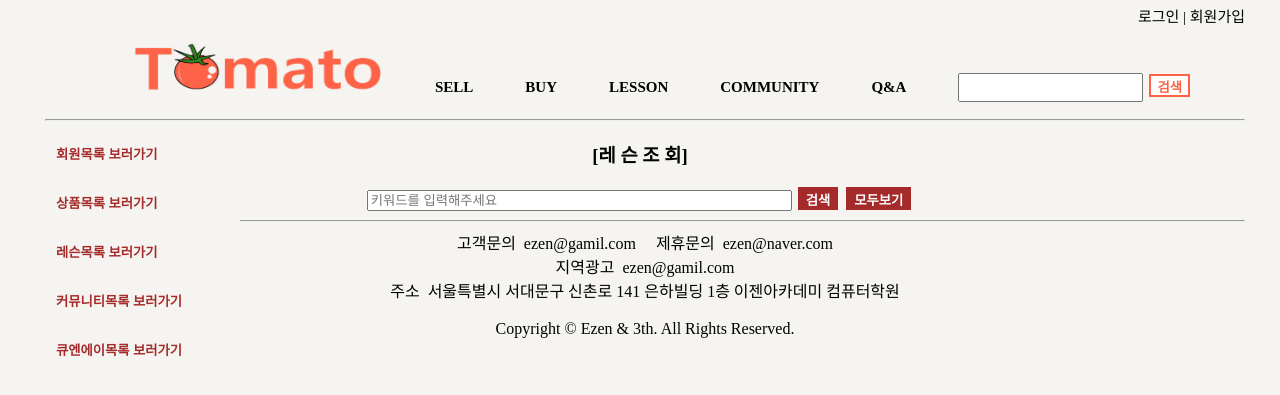
Repository: javadogfoot/semi-project
Page: http://localhost/tomato/admin/lessonList_admin.jsp
These files come from the project's save history. The page is drawn as it stood at one moment and after the next save; the edit follows.
The browser window is 1280 px wide. The pictures show the whole page.
The page is served by Tomcat 9.

Above is the page before, as saved 2021-10-18 17:53:51.

After the next save:
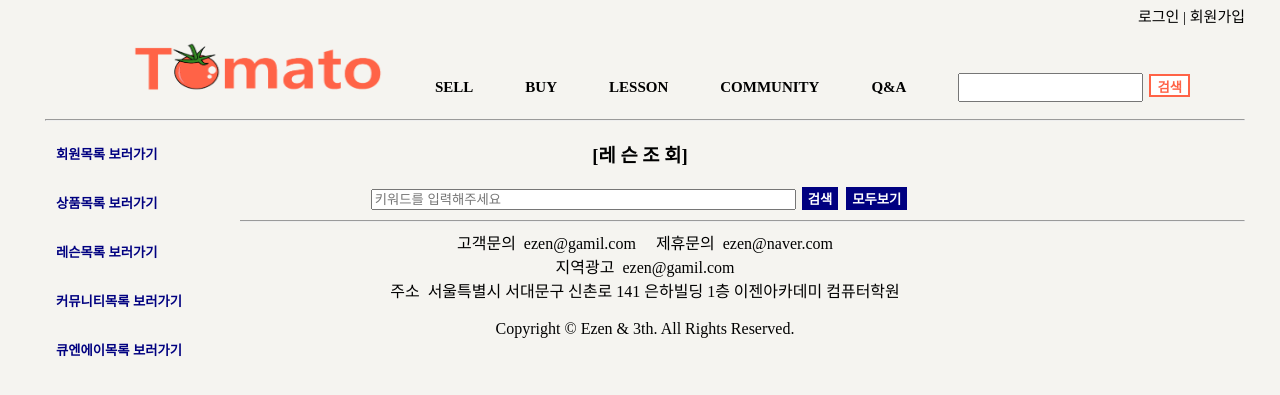
Saved 14 s later.
--- a/semi프로젝트워크스페이스/tomato/src/main/webapp/admin/lessonList_admin.jsp
+++ b/semi프로젝트워크스페이스/tomato/src/main/webapp/admin/lessonList_admin.jsp
@@ -8,18 +8,16 @@
 <link rel="stylesheet" type="text/css" href="/tomato/css/mainLayout.css">
 <style>
 #joinbtn1{
-   background-color: brown;
+   background-color: navy;
    color: white;
    font-weight: bold;
    height:23px;
    border: none;
    margin:2px;
-   border: 2px solid brown;
 }
 #joinbtn1:hover{
-
    background: #f5f4f0;
-   color: brown;
+   color: navy;
    font-weight: bold;
    height:23px;
    border: none;
@@ -37,7 +35,7 @@ background: #f5f4f0;
 padding: 15px 16px 15px 16px;
 text-decoration: none;
 font-size: 10pt;
-color: brown;
+color: navy;
 display: block;
 border: 1px bold tomato;
 }
@@ -89,24 +87,14 @@ function showListAll(){
 </section>
 
 <section>
-   <form name="keywordFind" method="post">
+   <form name="listAll" method="post">
       <input type="text" name="keyword" placeholder="키워드를 입력해주세요" size="50">
-      <input type="submit" value="검색" id="joinbtn1">
+      <input type="button" name="keywordSearch" value="검색" id="joinbtn1" onclick="showList()">
       <input type="button" name="listAll" value="모두보기" id="joinbtn1" onclick="showListAll()">
    </form>
 </section>
 <section>
-      <%
-      if(request.getMethod().equals("GET")){
-         %>
-         <div></div>
-         <%
-      }else {
-         %>
-         <div class="table"><jsp:include page="lessonKeywordFind_ok.jsp"></jsp:include></div>
-         <%
-      }
-      %>
+
 </section>
 <%@include file="/footer.jsp" %>
 </body>
